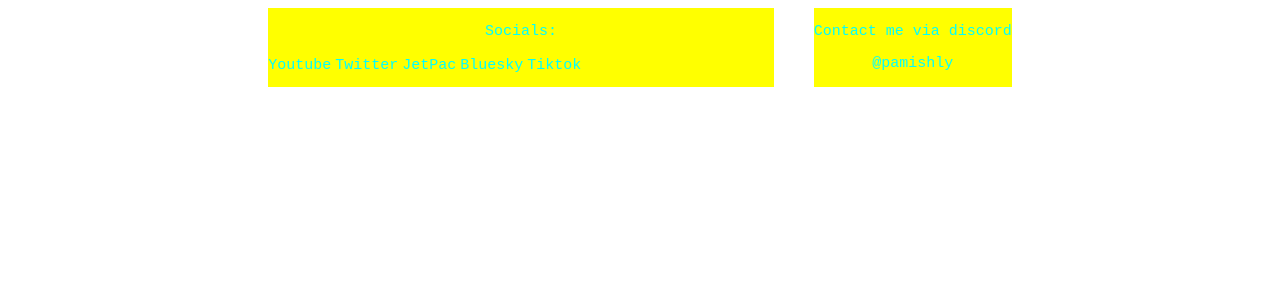
Repository: Pamishly/resources
Page: footer.html
The author's editor kept a copy of each file at every save. The page is drawn from the files as they stood at one save, then again after the next save.
The browser window is 1280 px wide. The pictures show the whole page.

Above is the page before, as saved 2025-01-26 01:17:19.

### footer.html
<div id = "container">
<div id = "social">
<p>Socials:</p>
<a>Youtube</a>
<a>Twitter</a>
<a>JetPac</a>
<a>Bluesky</a>
<a>Tiktok</a>
</div>
<div id = contact>
    <p>Contact me via discord</p>
    <p>@pamishly</p>
</div>
</div>

<style>
    p, a{
        color: cyan;
        font-family: monospace;
        font-size: 15px;
        text-align: center;
    }
    #container {
        display: flex;
        justify-content: center;
        gap: 40px;
        width: 100%;
    }
    #contact {
        background: yellow;
    }
    #social {
        background: yellow;
        width: 40%;
    }
</style>

After the next save:
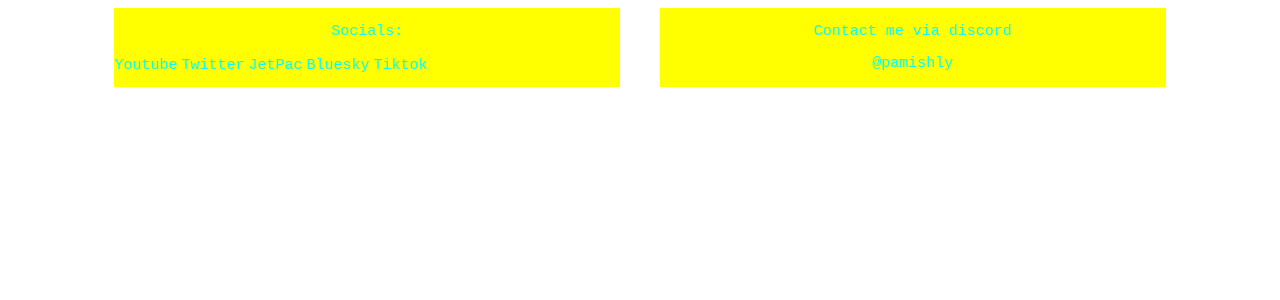
Saved 14 s later.
--- a/footer.html
+++ b/footer.html
@@ -24,10 +24,10 @@
         display: flex;
         justify-content: center;
         gap: 40px;
-        width: 100%;
     }
     #contact {
         background: yellow;
+        width: 40%;
     }
     #social {
         background: yellow;
